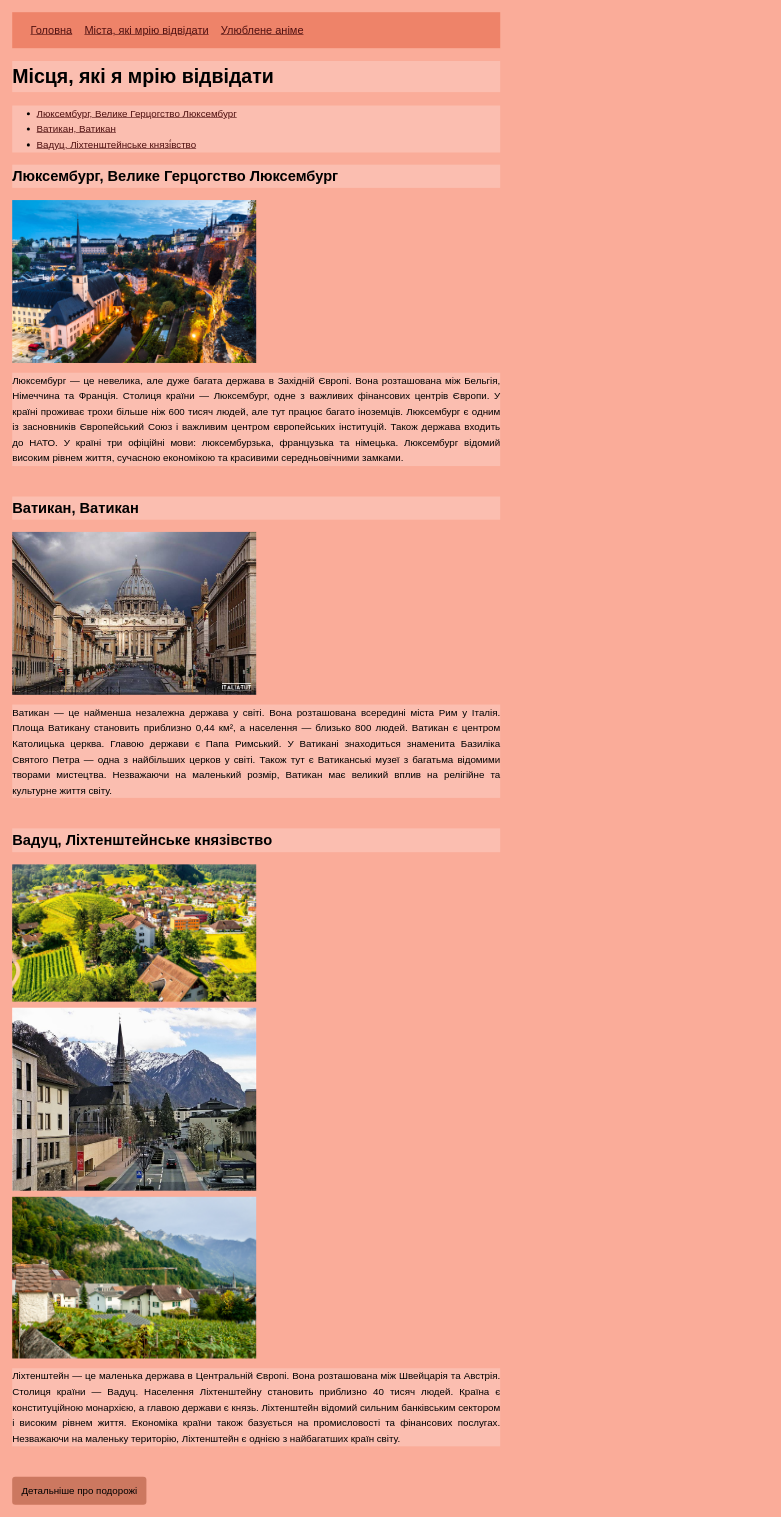
Repository: alexandrastarovoyda-star/homework_info
Page: Mainpr/pr5/html/city.html
These files come from the project's save history. The page is drawn as it stood at one moment and after the next save; the edit follows.
The browser window is 1280 px wide. The pictures show the whole page, at 61% of full size.

Above is the page before, as saved 2026-04-01 15:14:38.

After the next save:
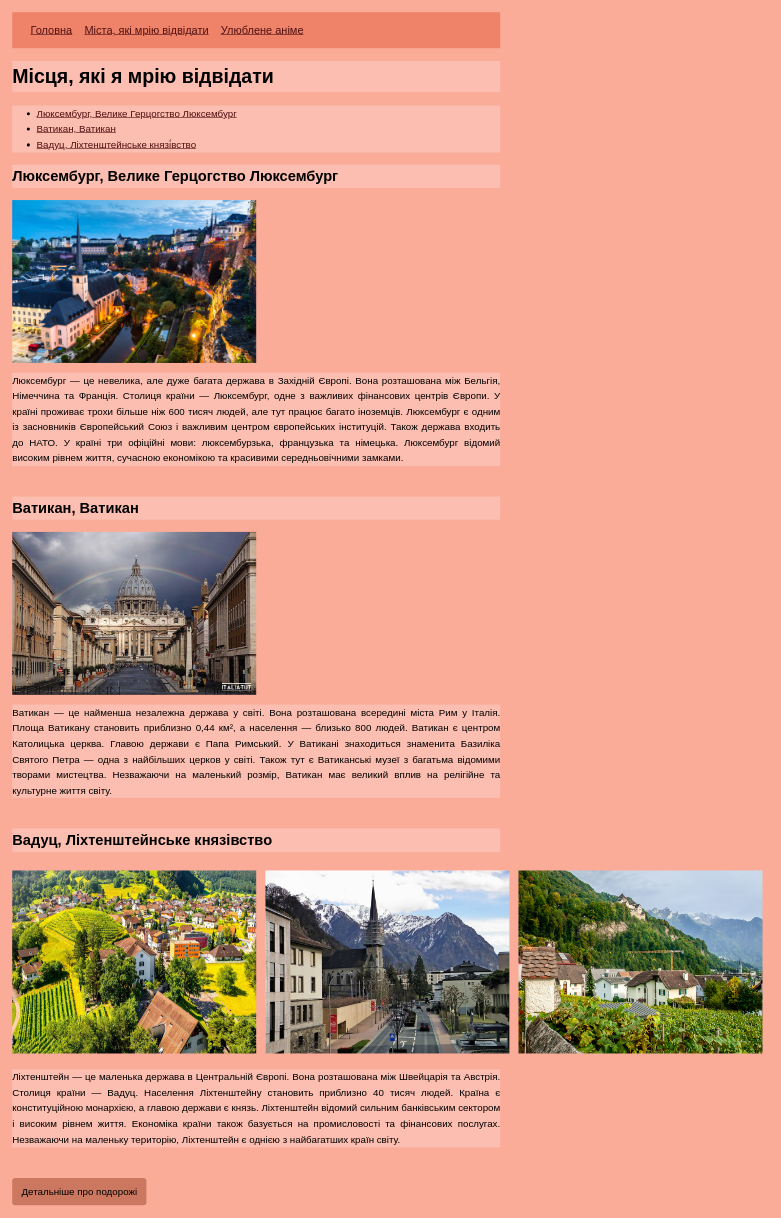
Saved 22 s later.
--- a/Mainpr/pr5/html/city.html
+++ b/Mainpr/pr5/html/city.html
@@ -31,13 +31,9 @@
 
     <section id="vaduz">
         <h2>Вадуц, Ліхтенштейнське князівство</h2>
-        <div class="gallery">
+        <div class="block">
         <img src="../img/Balzers-village-in-Liechten_0.jpg" alt="Вадуц" width="50%">
-        </div>
-         <div class="gallery">
         <img src="../img/vad2.jpg" alt="Вадуц" width="50%">
-        </div>
-         <div class="gallery">
         <img src="../img/vad3.jpg" alt="Вадуц" width="50%">
         </div>
         <p align= 'justify'>Ліхтенштейн — це маленька держава в Центральній Європі. Вона розташована між Швейцарія та Австрія. Столиця країни — Вадуц. Населення Ліхтенштейну становить приблизно 40 тисяч людей. Країна є конституційною монархією, а главою держави є князь. Ліхтенштейн відомий сильним банківським сектором і високим рівнем життя. Економіка країни також базується на промисловості та фінансових послугах. Незважаючи на маленьку територію, Ліхтенштейн є однією з найбагатших країн світу.</p>
